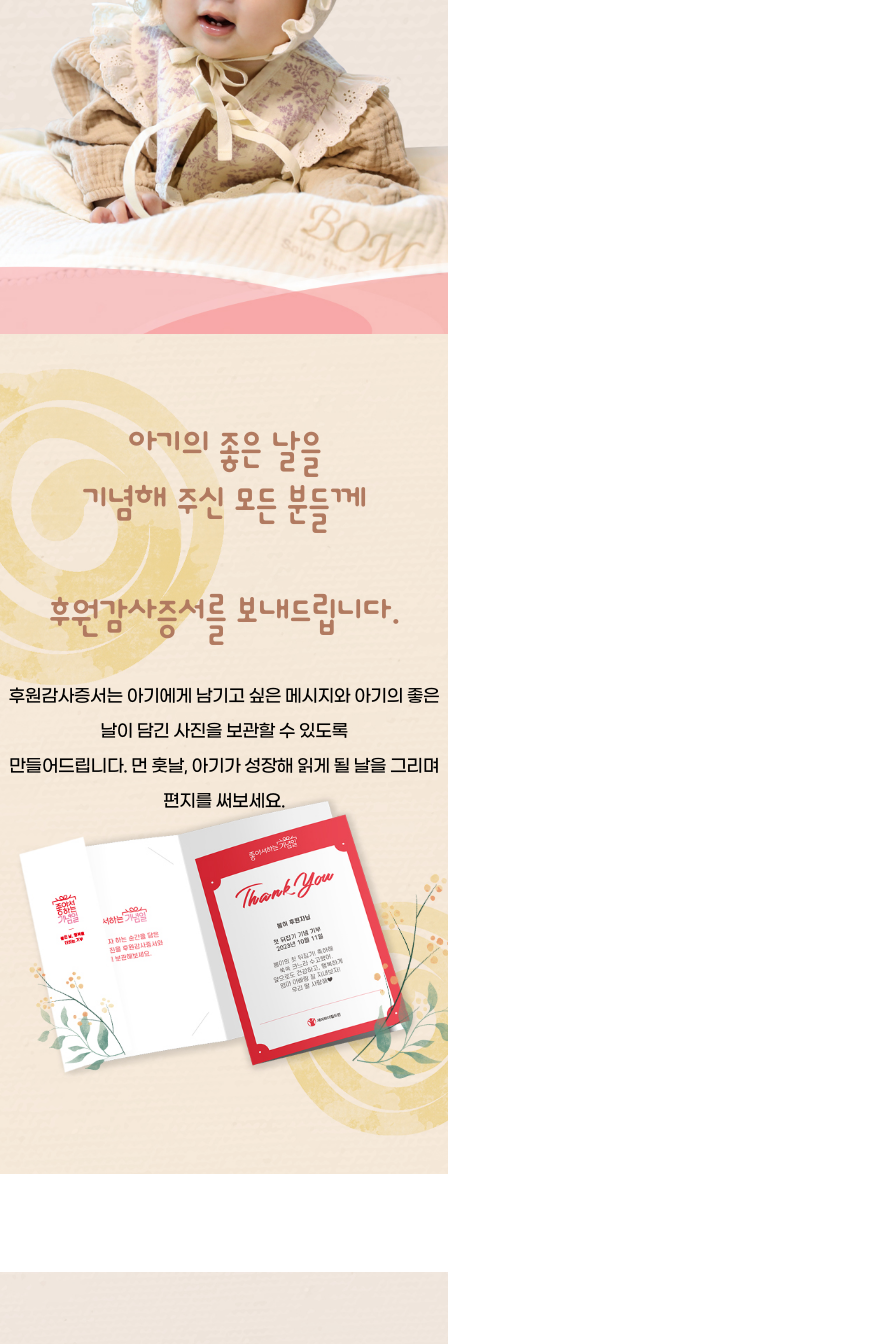
Repository: dlgywls1130/save_children_m
Page: index.html
The author's editor kept a copy of each file at every save. The page is drawn from the files as they stood at one save, then again after the next save.
The browser window is 1280 px wide. The pictures show the part of the page from y = 3263 to 5183 px (the page is 9658 px tall), at 70% of full size.

Above is the page before, as saved 2023-12-13 19:15:10.

### index.html
<!DOCTYPE html>
<html lang="en">
<head>
    <meta charset="UTF-8">
    <meta name="viewport" content="width=device-width, initial-scale=1.0">
    <title>세이브더칠드런</title>

    <link rel="stylesheet" href="./css/reset.css">
    <link rel="stylesheet" href="./css/style.css">

</head>
<body>
    <div class="content_body">
        <section class="section_wrapper section01">
            <div class="se01 se_wrapper">
                <div class="se01_sub">
                    <div class="sub_logo">
                        <img src="./img/logo01.png" alt="logo">
                    </div>
                    <p>우리 아기 좋은 날 기부</p>
                </div>
                <p class="seo01_title">
                    아가야,
                </p>
                <p class="seo01_title_two">
                    너의 <span id="rollingText">탄생</span> 순간을 축하해!
                </p>
                <p class="section_descript mb-45">
                    아이의 건강과 행복을
                    <br>바라는 마음을 담아,
                    <br>탄생, 백일, 첫 걸음마, 첫돌 등
                    <br>내 아이의 소중한 순간을
                    <br>기부로 기념해보세요.
                    <br>함께 자라나는 다른 아이들
                    <br>에게도 큰 축복이 됩니다..
                </p>

                <a class="donation_link" href="javascript:void(0)">우리 아기 좋은 날 기부</a>
            </div>
        </section>
        <section class="section_wrapper section02">
            <div class="se02 se_wrapper">
                <div class="postit_wrapper">
                    <div class="postit postit01">
                        <p>우리 아들 우현이의<br>
                        200일을 축하해.<br>
                        건강하게 자라줘서 고마워 ❤<br>
                        늘 사랑받고 받은 사랑만큼<br>
                        베풀 수 있는 건강하고<br>
                        멋진 아들이 되길 바래!</p>
                    </div>
                    <div class="postit postit02">
                        <p>우리 새로아<Br>
                        백일 동안 무럭무럭 자라줘서<Br>
                        고마워~앞으로도 건강하고<Br>
                        우리 같이 재미있게 많이 놀자.<Br>
                        엄마,아빠가 많이 사랑해.</p>
                    </div>

                    <div class="postit postit05">
                        <p>사랑하는 도현이의<br>
                        첫 어린이날과 첫돌을<br>
                        기념하며, <br>
                        이웃을 사랑하는<br>
                        멋진 사람으로 자라길</p>

                    </div>
                    <div class="postit postit04">
                        <p>보미야<br>
                        첫 번째 생일 축하해<br>
                        너의 존재가 온 세상에<br>
                        봄이길 바랄게!   </p>
                    </div>

                    <div class="postit postit03">
                        <p>서진아<br>
                        우리에게 와줘서 고마워<br>
                        건강하고 행복하게 자라렴.<br>
                        사랑해♡      </p>
                    </div>

                </div>

            </div>
        </section>
        <section class="section_wrapper section03">
            <div class="se_wrapper se03">
                <div class="se_title_co">
                    아기의 좋은 날을<br> 기념해 주신 모든 분들께<br>
                    <br>후원감사증서를 보내드립니다.
                </div>
                <div class="se_sub_co">
                    후원감사증서는 아기에게 남기고 싶은 메시지와 아기의 좋은 날이 담긴 사진을 보관할 수 있도록
                    <br>만들어드립니다. 먼 훗날, 아기가 성장해 읽게 될 날을 그리며 편지를 써보세요.
                </div>
            </div>

        </section>
        <section class="section_wrapper section04">
            <div class="se_wrapper se04">
                <div class="se_title_co">
                    이름 자수 순면거즈블랭킷
                </div>
                <div class="se_sub_co">
                    30만원 이상 후원하신 분들께는 순면 거즈 아기 블랭킷(90*110)에
                    <Br>원하시는 이름(영문)을 예쁘게 수놓아 드립니다.
                </div>

                <div class="se04_slide mt-85">
                    <div class="se04_slide_list">
                        <img src="./img/slide01.jpg">
                    </div>
                    <div class="se04_slide_list">
                        <img src="./img/slide02.jpg">
                    </div>
                    <div class="se04_slide_list">
                        <img src="./img/slide03.jpg">
                    </div>
                </div>
            </div>
        </section>
        <section class="section_wrapper section05">
            <div class="se_wrapper se05">
                <div class="se_title_co">
                    후원신청 과정
                </div>

                <div class="se_step_list">
                    <div class="se_step">
                        <p class="step_number">1</p>
                        <div class="step_ico">
                            <img src="./img/icon01.png" alt="img">
                        </div>
                        <p class="step_descript">
                            후원신청하기
                        </p>
                    </div>
                    <div class="se_step">
                        <p class="step_number">2</p>
                        <div class="step_ico">
                            <img src="./img/icon02.png" alt="img">
                        </div>
                        <p class="step_descript">
                            후원감사증서
                            <br>메시지 적기
                        </p>
                    </div>
                    <div class="se_step">
                        <p class="step_number">3</p>
                        <div class="step_ico">
                            <img src="./img/icon03.png" alt="img">
                        </div>
                        <p class="step_descript">
                            신청완료
                        </p>
                    </div>
                    <div class="se_step">
                        <p class="step_number">4</p>
                        <div class="step_ico">
                            <img src="./img/icon04.png" alt="img">
                        </div>
                        <p class="step_descript">
                            후원감사증서 발송
                            <Br>(1주 이내)
                        </p>
                    </div>
                </div>

                <div class="se_sub_co mt-100">
                    30만원 이상 후원해 주신 경우,
                    <br>감사 선물 수령 주소 및 아기 블랭킷에 새겨질 문구 확인을 위한 문자가 발송됩니다.
                </div>

                <a class="donation_link" href="javascript:void(0)">우리 아기 좋은 날 기부</a>
            </div>

        </section>
        <section class="section_wrapper section06">
            <div class="se_wrapper se06">
                <div class="se_title_co">
                    후원금, 이렇게 쓰여요!
                </div>
                <div class="se_sub_co">
                    세이브더칠드런은 <span>국내외 아동을 위한 교육,
                    <Br>보호, 보건영양지원, 아동권리옹호</span> 등의 활동을 해나가고 있습니다.
                </div>
                <div class="se_sub_co">
                    보내주신 후원금은 정치, 종교, 인종에 관계없이 모든 아이를 구해야 한다는
                    <Br>세이브더칠드런의 신념에 따라 <span>가장 도움 필요한 아이를 위해 우선 사용</span>됩니다.
                </div>
            </div>

        </section>
        <section class="section_wrapper section07">
            <div class="se_wrapper se07">
                <div class="se_title_co">
                    FAQ
                </div>
                <div class="accordion">
                    <div class="accordion-item">
                        <h3 class="title">
                            <span>1. 30만원 이상 후원했습니다. 거즈 순면 블랭킷은 언제 오나요?</span>
                            <img src="./img/top.png">
                        </h3>
                        <p class="paragraph">
                            우리아기 축하기부로 30만원 이상 후원자님들께는 담요에 수놓을 아기 이름과
                            <Br>선물 수령 주소 확인을 위한 문자가 발송됩니다.
                            <br>02-6900-4479로 발송되는 문자 속 설문조사에 답해주세요.
                            <br>확인을 완료하신 분들께는 블랭킷 제작을 담당하고 있는 조니 스튜디오에서
                            <br>아기 이름 자수 작업 완료 후 배송해 드립니다.

                        </p>
                    </div>
                    <div class="accordion-item">
                        <h3 class="title">
                            <span>2. 거즈 순면 블랭킷, 안전한 제품인가요?</span>
                            <img src="./img/top.png">
                        </h3>
                        <p class="paragraph">
                            본 블랭킷은 워싱된 3중 거즈로 제작되었으며, KC안전검사를 완료하였습니다.
                            소재 특성상 섬유 조각이 발생할 수 있어 망에 넣지 않고 3번 정도 물빨래 하시는 것을 권장합니다.

                        </p>
                    </div>
                    <div class="accordion-item">
                        <h3 class="title">
                            <span>3. 거즈 순면 블랭킷을 받았는 데 하자가 있어요. 어떻게 해야 하나요? </span>
                            <img src="./img/top.png">
                        </h3>
                        <p class="paragraph">
                            070-4220-4123 (조니스튜디오 CS)로 전화 연락 부탁드립니다. 하자 물품에 대한 교환은 수령일로부터 7일 이내에 조니스튜디오에 연락해주셔야 하며, 이로 인한 후원금 환불은 어렵습니다.
                        </p>
                    </div>
                    <div class="accordion-item">
                        <h3 class="title">
                            <span>4. 후원감사증서에 넣을 수 있는 사진 사이즈는 얼마인가요?</span>
                            <img src="./img/top.png">
                        </h3>
                        <p class="paragraph">
                            사진 인화 사이즈 5*7 인치에 맞추어서 제작되었습니다.  그보다 작은 사진일 경우, 후원감사증서
                            내부의 주머니에 넣어 보관하실 수도  있습니다.

                        </p>
                    </div>
                </div>
            </div>

        </section>
        <section class="section_wrapper section08">
            <div class="se_wrapper se08">
                <div class="se08_postion">
                    <p class="se08_title">우리 아기 좋은 날 기부</p>
                    <p class="se08_descript">
                        탄생, 백일, 첫 걸음마, 첫돌...
                        <br>소중한 우리 아기의 성장을 기념해 보세요!
                        <br>아기의 좋은 날이 모여 세상의 행복이 됩니다.
                    </p>
                    <a href="javascript:void(0)" class="more_btn">
                        <p>자세히보기</p>
                        <svg xmlns="http://www.w3.org/2000/svg" width="16" height="16" fill="currentColor" class="bi bi-chevron-right" viewBox="0 0 16 16">
                            <path fill-rule="evenodd" d="M4.646 1.646a.5.5 0 0 1 .708 0l6 6a.5.5 0 0 1 0 .708l-6 6a.5.5 0 0 1-.708-.708L10.293 8 4.646 2.354a.5.5 0 0 1 0-.708z"/>
                        </svg>
                    </a>
                </div>

            </div>
        </section>
    </div>

    <script src="https://ajax.googleapis.com/ajax/libs/jquery/1.12.4/jquery.min.js"></script>
    <script src="./js/main.js"></script>
</body>
</html>

### css/reset.css


html, body, div, span, applet, object, iframe,
h1, h2, h3, h4, h5, h6, p, blockquote, pre,
a, abbr, acronym, address, big, cite, code,
del, dfn, em, img, ins, kbd, q, s, samp,
small, strike, strong, sub, sup, tt, var,
b, u, i, center,
dl, dt, dd, ol, ul, li,
fieldset, form, label, legend,
table, caption, tbody, tfoot, thead, tr, th, td,
article, aside, canvas, details, embed,
figure, figcaption, footer, header, hgroup,
menu, nav, output, ruby, section, summary,
time, mark, audio, video {
	margin: 0;
	padding: 0;
	border: 0;
	font-size: 100%;
	font: inherit;
	vertical-align: baseline;
}

article, aside, details, figcaption, figure,
footer, header, hgroup, menu, nav, section {
	display: block;
}
body {
	line-height: 1;
}
ol, ul {
	list-style: none;
}
blockquote, q {
	quotes: none;
}
blockquote:before, blockquote:after,
q:before, q:after {
	content: '';
	content: none;
}
table {
	border-collapse: collapse;
	border-spacing: 0;
}

Loaded but not shown: js/main.js (46 lines, source omitted); css/style.css (692 lines, source omitted)

After the next save:
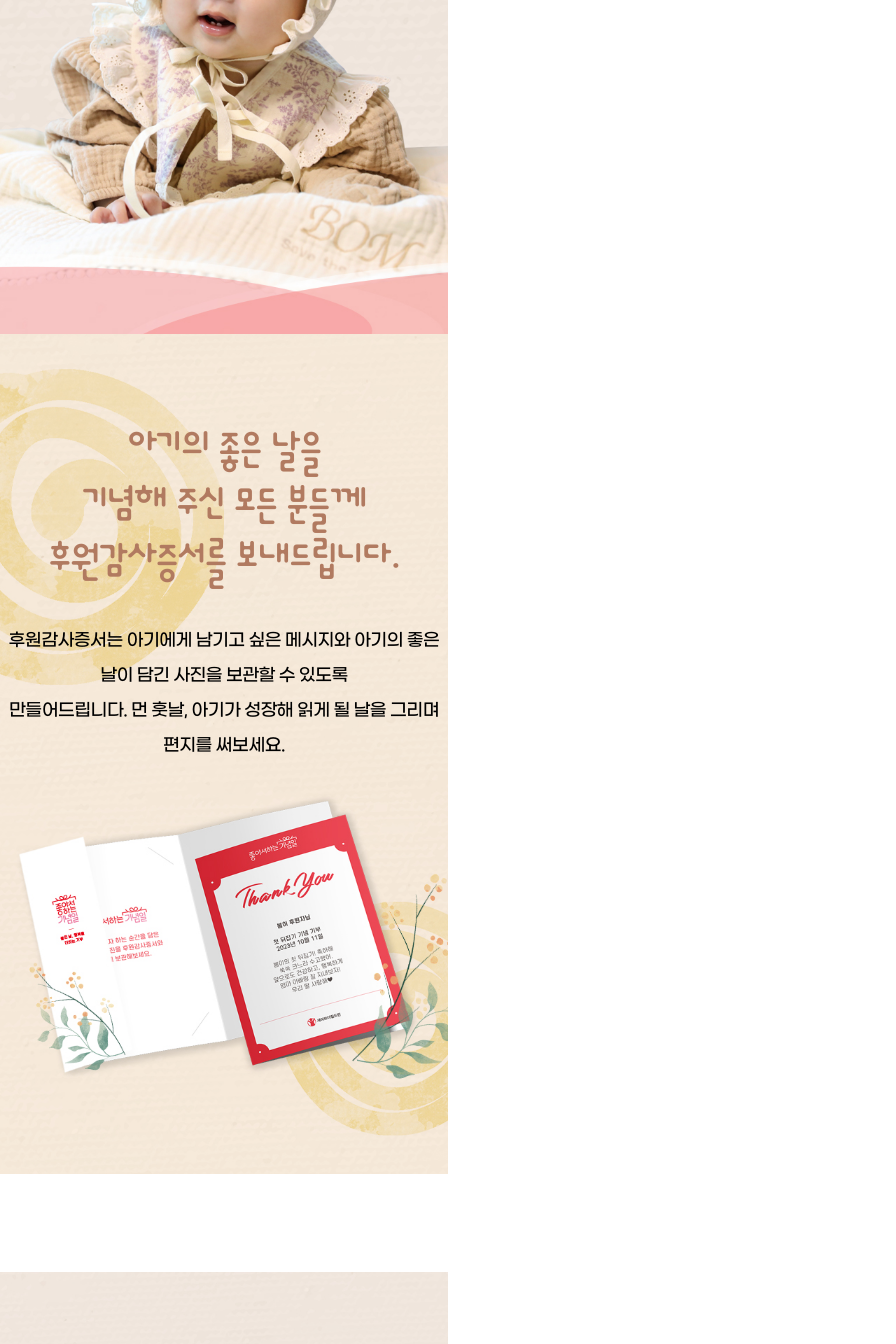
Saved 11 s later.
--- a/index.html
+++ b/index.html
@@ -86,7 +86,7 @@
         <section class="section_wrapper section03">
             <div class="se_wrapper se03">
                 <div class="se_title_co">
-                    아기의 좋은 날을<br> 기념해 주신 모든 분들께<br>
+                    아기의 좋은 날을<br> 기념해 주신 모든 분들께
                     <br>후원감사증서를 보내드립니다.
                 </div>
                 <div class="se_sub_co">
